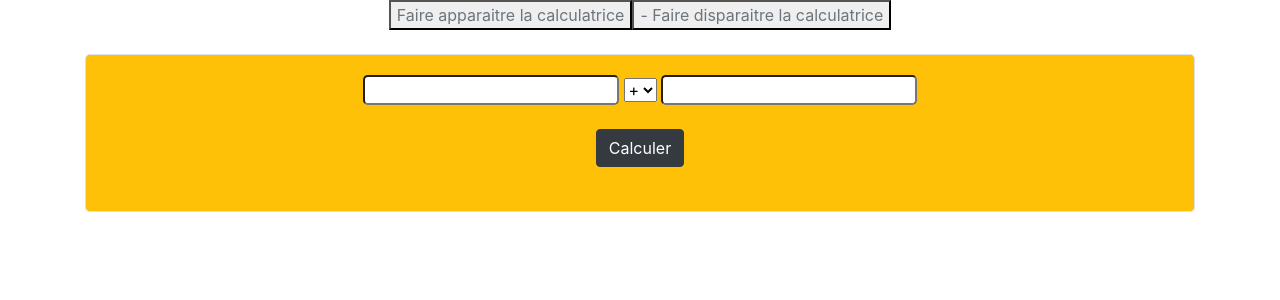
Repository: julieLyM/calculatrice
Page: calculatrice.html
An editor plug-in stored every save of this project. The page is shown before and after a run of saves, followed by the edit.
The browser window is 1280 px wide. The pictures show the whole page.

Above is the page before, as saved 2020-12-08 14:55:32.

### calculatrice.html
<!DOCTYPE html>
<html lang="fr">
  <head>
    <meta charset="UTF-8">
    <meta name="viewport" content="width=device-width, initial-scale=1.0">
		<link rel="stylesheet" href="https://cdn.jsdelivr.net/npm/bootstrap@4.5.3/dist/css/bootstrap.min.css" integrity="sha384-TX8t27EcRE3e/ihU7zmQxVncDAy5uIKz4rEkgIXeMed4M0jlfIDPvg6uqKI2xXr2" crossorigin="anonymous">

    <title>exercice calculatrice</title>
  </head>
  <body>
    <div class="container-fluid">
      <div class="container">

        <div class="row justify-content-center" style="margin: 0 auto; text-align:center">
            <button class="text-secondary" id="appear" >Faire apparaitre la calculatrice </button>
            <button class="text-secondary" id="disapear">- Faire disparaitre la calculatrice</button>
        </div>
        <br>

        <div class="row justify-content-center border bg-warning w-100 rounded-lg" id="blocki"  style="padding: 20px;margin: 0px auto; text-align:center">
        <div class="col-12">

          <input type="text" class="rounded-lg" value="" id="nombre1">

          <select name="calcul" id="operateur">
            <option>+</option>
            <option>-</option>
            <option>*</option>
            <option>/</option>
          </select>

          <input type="text" class="rounded-lg" value="" id="nombre2">
          <br>
          <br>
          <button type="button" class="btn btn-dark" id="calculer">Calculer</button>
          <br>

          <br>
      </div>
    </div>
    <div class="row">
      <div id="message" class="w-100"></div>
    </div>
  </div>
</div>
    <!--APPEL JQUERY-->
		<script src="https://code.jquery.com/jquery-3.5.1.min.js" integrity="sha256-9/aliU8dGd2tb6OSsuzixeV4y/faTqgFtohetphbbj0=" crossorigin="anonymous"></script>
		<script src="https://cdn.jsdelivr.net/npm/bootstrap@4.5.3/dist/js/bootstrap.bundle.min.js" integrity="sha384-ho+j7jyWK8fNQe+A12Hb8AhRq26LrZ/JpcUGGOn+Y7RsweNrtN/tE3MoK7ZeZDyx" crossorigin="anonymous"></script>
    <!--NOTRE CODE JS-->
    <script src="calculatrice.js"></script>
  </body>
</html>

### calculatrice.js
//Etapes :
// --------
// - faire une page html
// - créer deux input type text avec deux id différent pour la saisie des valeurs
// - créer un select avec un id pour proposer les différents opérateurs. (+-*/    ** %)
// - créer un bouton avec un id pour lancer le calcul (button, span)

// Avec js :
// ---------
// - lors du click  sur le bouton (evenement) :
// - récupérer les deux saisies des champs text et l'opérateur selectionné

// - il peut être important de passer les saisies dans un parseFloat() pour les transformer en type number
// - declencher le calcul des saisies selon  l'opérateur avec un if qui va tester l'opérateur pour déclencher l'opération.
// - afficher l'opération avec le résultat.

// Pour aller plus loin :
// ----------------------
// - essayer de donner la possibilité de faire apparaitre ou disparaitre la calculatrice

$(document).ready(function () {
  $('#appear').on('click', function () {
    $('#blocki').slideDown(1000);
  });

  $('#calculer').on('click', function (e) {
    var value1 = $('#nombre1').val();
    var signe = $('#operateur').val();
    var value2 = $('#nombre2').val();

    value1 = parseFloat(value1);
    value2 = parseFloat(value2);
    var resultat = '';

    if (signe == '+') {
      resultat = alert(value1 + signe + value2 + ' = ' + (value1 + value2));
    } else if (signe == '-') {
      resultat = alert(value1 + signe + value2 + ' = ' + (value1 - value2));
    } else if (signe == '*') {
      resultat = alert(value1 + signe + value2 + ' = ' + value1 * value2);
    } else if (signe == '/') {
      resultat = alert(value1 + signe + value2 + ' = ' + value1 / value2);
    }
  });

  $('#nombre1', '#nombre2').on('mouseover', function () {
    $('#message').html(
      `<div style="background-color: pink;color: white; padding:20px">Saisir un chiffre</div>`
    );
  });
  $('#nombre1', '#nombre2').on('mouseout', function () {
    $('#message').html('');
  });

  $('#operateur').on('mouseover', function () {
    $('#message').html(
      `<div style="background-color: pink;color: white; padding:20px">Saisir un opérateur + - / *</div>`
    );
  });
  $('#operateur').on('mouseout', function () {
    $('#message').html('');
  });
});

After the next 2 saves:
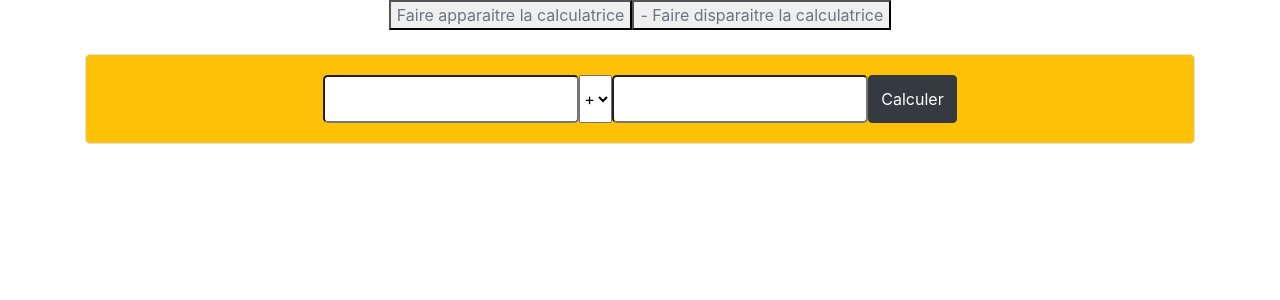
The 2 saves are shown as one change because they came seconds apart.
The last was saved 40 s later.
--- a/calculatrice.html
+++ b/calculatrice.html
@@ -18,7 +18,6 @@
         <br>
 
         <div class="row justify-content-center border bg-warning w-100 rounded-lg" id="blocki"  style="padding: 20px;margin: 0px auto; text-align:center">
-        <div class="col-12">
 
           <input type="text" class="rounded-lg" value="" id="nombre1">
 
@@ -36,7 +35,6 @@
           <br>
 
           <br>
-      </div>
     </div>
     <div class="row">
       <div id="message" class="w-100"></div>
